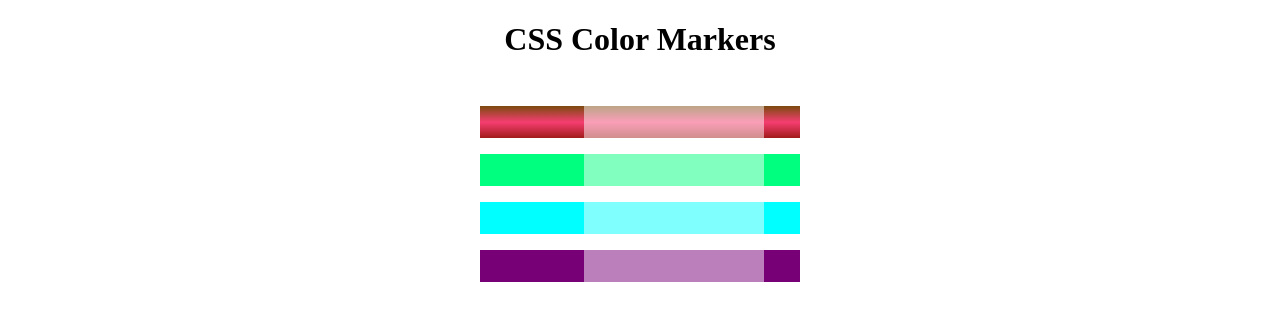
Repository: Lungdjos/color_markers
Page: index.html
The author's editor kept a copy of each file at every save. The page is drawn from the files as they stood at one save, then again after the next save.
The browser window is 1280 px wide. The pictures show the whole page.

Above is the page before, as saved 2023-09-28 10:56:06.

After the next save:
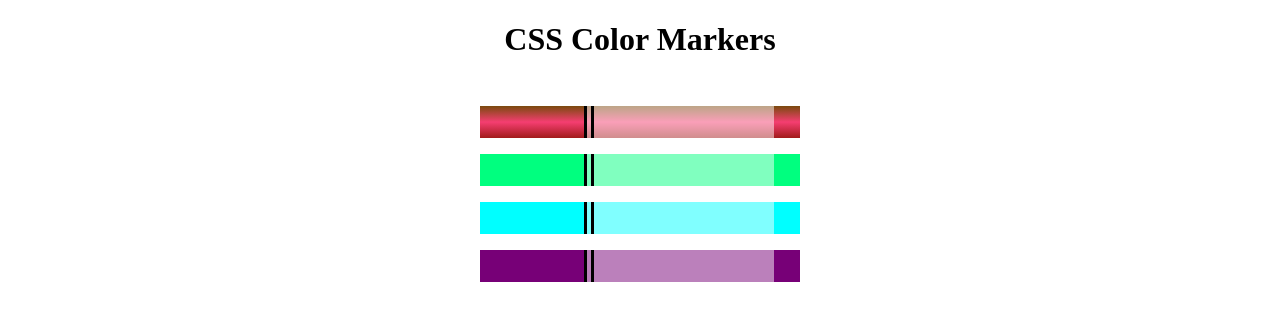
Saved 11 s later.
--- a/styles.css
+++ b/styles.css
@@ -37,7 +37,7 @@ h1 {
     width: 180px;
     height: 32px;
     background-color: rgba(255, 255, 255, 0.5);
-    border-left: 10px souble black;
+    border-left: 10px double black;
 }
 
 .cap {
